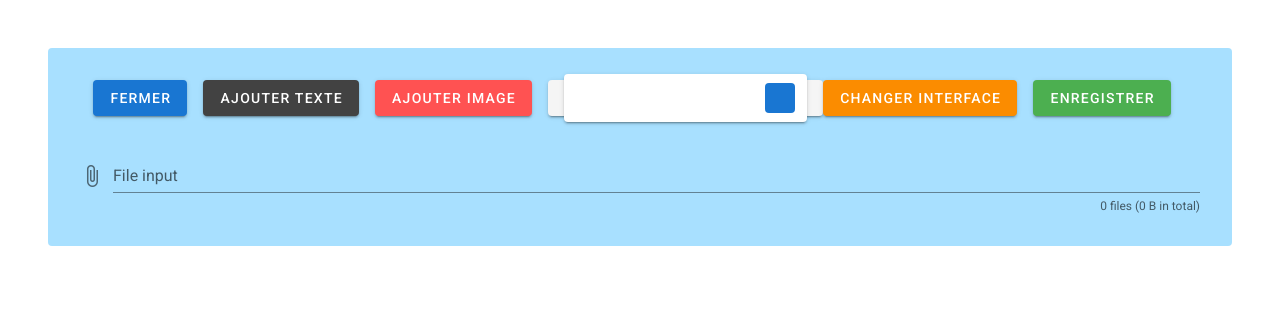
Repository: Hamagistral/BannerApp-Vue
Page: /#/dynamicPage
These files come from the project's save history. The page is drawn as it stood at one moment and after the next save; the edit follows.
The browser window is 1280 px wide. The pictures show the whole page.
The project was rebuilt for these pictures with package versions that can differ from the ones it lists, and the page was loaded fresh each time. Also part of the build but not shown: vue.config.js, src/components/WidgetText.vue, src/components/WidgetImage.vue, src/components/Home.vue.

Above is the page before, as saved 2023-02-07 01:51:15.

After the next save:
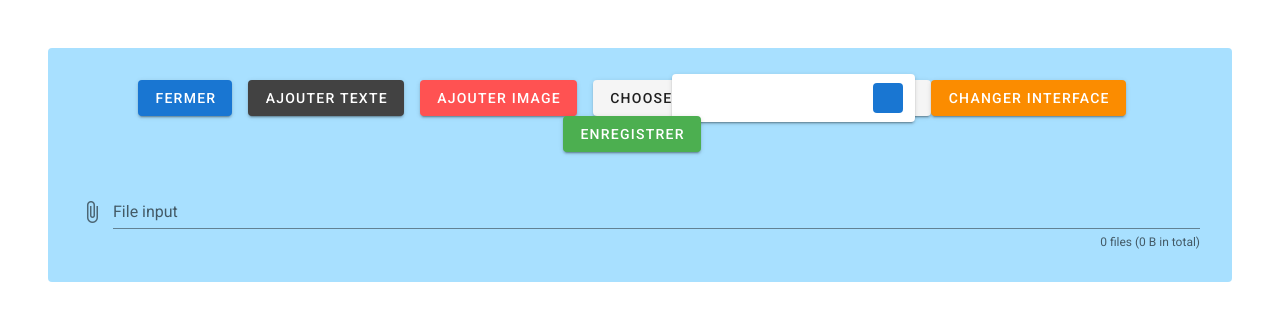
Saved 10 s later.
--- a/src/components/DynamicPage.vue
+++ b/src/components/DynamicPage.vue
@@ -15,8 +15,8 @@
         </v-btn>
 
         <v-btn>
-
-            <v-text-field  v-mask="mask" hide-details class="ma-0 pa-0" solo>
+           Choose
+            <v-text-field v-mask="mask" hide-details class="ma-0 pa-0" solo>
               <template v-slot:append>
                 <v-menu v-model="menu" top nudge-bottom="105" nudge-left="16" :close-on-content-click="false">
                   <template v-slot:activator="{ on }">

After the save that followed:
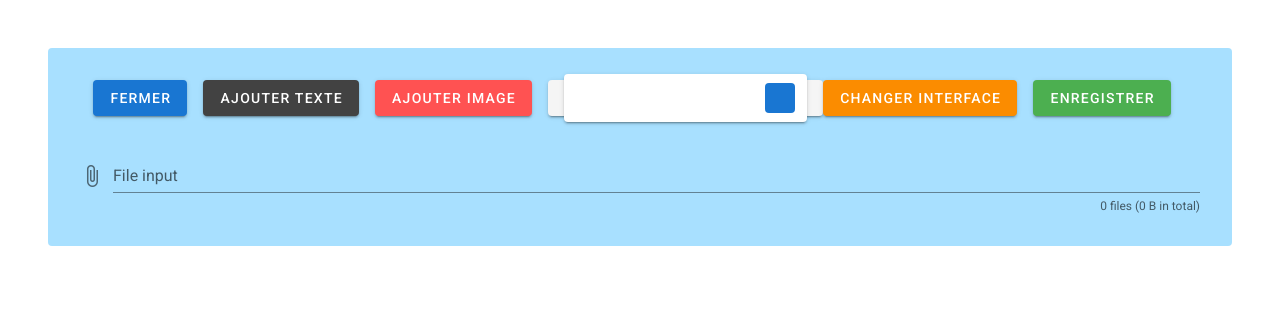
Saved 13 s later.
--- a/src/components/DynamicPage.vue
+++ b/src/components/DynamicPage.vue
@@ -15,8 +15,8 @@
         </v-btn>
 
         <v-btn>
-           Choose
-            <v-text-field v-mask="mask" hide-details class="ma-0 pa-0" solo>
+
+            <v-text-field v-model="Choose" v-mask="mask" hide-details class="ma-0 pa-0" solo>
               <template v-slot:append>
                 <v-menu v-model="menu" top nudge-bottom="105" nudge-left="16" :close-on-content-click="false">
                   <template v-slot:activator="{ on }">
